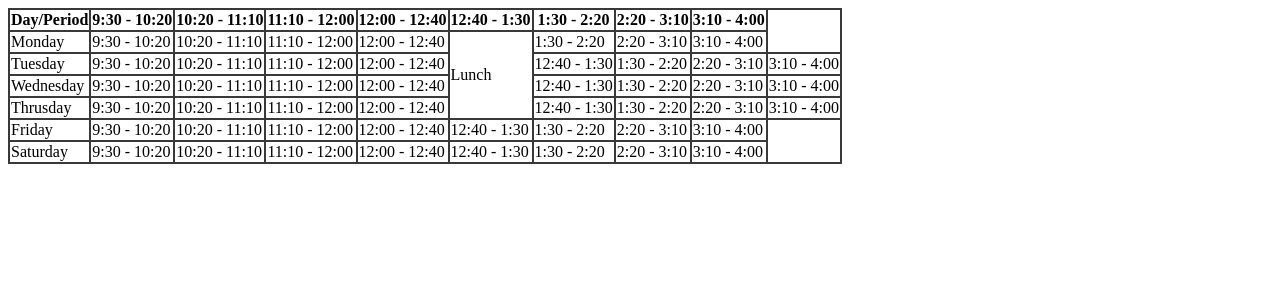
Repository: nir-github01/Html
Page: assign1-table.html
These files come from the project's save history. The page is drawn as it stood at one moment and after the next save; the edit follows.
The browser window is 1280 px wide. The pictures show the whole page.

Above is the page before, as saved 2022-09-24 18:02:07.

### assign1-table.html
<!DOCTYPE html>
<html lang="en">
<head>
    <meta charset="UTF-8">
    <meta http-equiv="X-UA-Compatible" content="IE=edge">
    <meta name="viewport" content="width=device-width, initial-scale=1.0">
    <title>Time-table</title>
    <style>
        table, th, td{
            border: 2px solid rgb(58, 57, 57);
            border-collapse: collapse;
        }
    </style>
</head>
<body>
    <table>
        <thead>
            <tr>
        <th>Day/Period</th>
        <th>9:30 - 10:20</th>
        <th>10:20 - 11:10</th>
        <th>11:10 - 12:00</th>
        <th>12:00 - 12:40</th>
        <th>12:40 - 1:30</th>
        <th>1:30 - 2:20</th>
        <th>2:20 - 3:10</th>
        <th>3:10 - 4:00</th>
    </tr>
        </thead>
        <tbody>

            <tr>
                <td>Monday</td>
                <td>9:30 - 10:20</td>
                <td>10:20 - 11:10</td>
                <td>11:10 - 12:00</td>
                <td>12:00 - 12:40</td>
                <td rowspan="4">Lunch</td>
                <td>1:30 - 2:20</td>
                <td>2:20 - 3:10</td>
                <td>3:10 - 4:00</td>
            </tr>
            <tr>
                <td>Tuesday</td>
                <td>9:30 - 10:20</td>
                <td>10:20 - 11:10</td>
                <td>11:10 - 12:00</td>
                <td>12:00 - 12:40</td>
                <td>12:40 - 1:30</td>
                <td>1:30 - 2:20</td>
                <td>2:20 - 3:10</td>
                <td>3:10 - 4:00</td>
            </tr>
            <tr>
                <td>Wednesday</td>
                <td>9:30 - 10:20</td>
                <td>10:20 - 11:10</td>
                <td>11:10 - 12:00</td>
                <td>12:00 - 12:40</td>
                <td>12:40 - 1:30</td>
                <td>1:30 - 2:20</td>
                <td>2:20 - 3:10</td>
                <td>3:10 - 4:00</td>
            </tr>
            <tr>
                <td>Thrusday</td>
                <td>9:30 - 10:20</td>
                <td>10:20 - 11:10</td>
                <td>11:10 - 12:00</td>
                <td>12:00 - 12:40</td>
                <td>12:40 - 1:30</td>
                <td>1:30 - 2:20</td>
                <td>2:20 - 3:10</td>
                <td>3:10 - 4:00</td>
            </tr>
            <tr>
                <td>Friday</td>
                <td>9:30 - 10:20</td>
                <td>10:20 - 11:10</td>
                <td>11:10 - 12:00</td>
                <td>12:00 - 12:40</td>
                <td>12:40 - 1:30</td>
                <td>1:30 - 2:20</td>
                <td>2:20 - 3:10</td>
                <td>3:10 - 4:00</td>
            </tr>
            <tr>
                <td>Saturday</td>
                <td>9:30 - 10:20</td>
                <td>10:20 - 11:10</td>
                <td>11:10 - 12:00</td>
                <td>12:00 - 12:40</td>
                <td>12:40 - 1:30</td>
                <td>1:30 - 2:20</td>
                <td>2:20 - 3:10</td>
                <td>3:10 - 4:00</td>
            </tr>

        </tbody>

    </table>
</body>
</html>

After the next save:
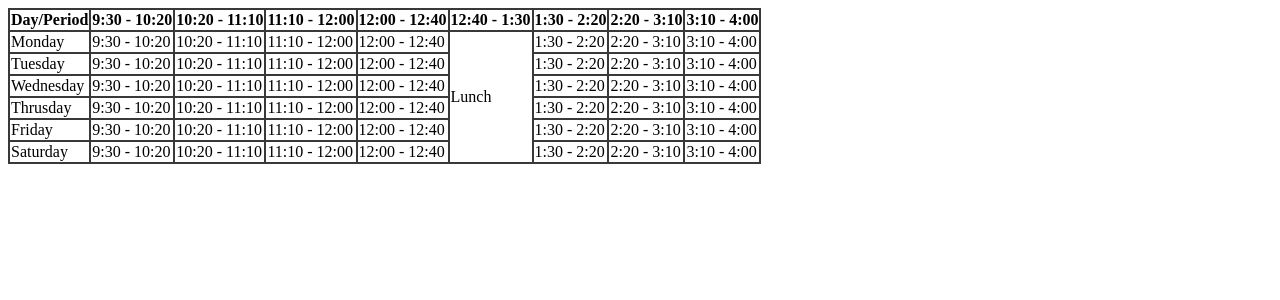
Saved 73 s later.
--- a/assign1-table.html
+++ b/assign1-table.html
@@ -35,7 +35,7 @@
                 <td>10:20 - 11:10</td>
                 <td>11:10 - 12:00</td>
                 <td>12:00 - 12:40</td>
-                <td rowspan="4">Lunch</td>
+                <td rowspan="6">Lunch</td>
                 <td>1:30 - 2:20</td>
                 <td>2:20 - 3:10</td>
                 <td>3:10 - 4:00</td>
@@ -46,7 +46,7 @@
                 <td>10:20 - 11:10</td>
                 <td>11:10 - 12:00</td>
                 <td>12:00 - 12:40</td>
-                <td>12:40 - 1:30</td>
+
                 <td>1:30 - 2:20</td>
                 <td>2:20 - 3:10</td>
                 <td>3:10 - 4:00</td>
@@ -57,7 +57,7 @@
                 <td>10:20 - 11:10</td>
                 <td>11:10 - 12:00</td>
                 <td>12:00 - 12:40</td>
-                <td>12:40 - 1:30</td>
+
                 <td>1:30 - 2:20</td>
                 <td>2:20 - 3:10</td>
                 <td>3:10 - 4:00</td>
@@ -68,7 +68,7 @@
                 <td>10:20 - 11:10</td>
                 <td>11:10 - 12:00</td>
                 <td>12:00 - 12:40</td>
-                <td>12:40 - 1:30</td>
+
                 <td>1:30 - 2:20</td>
                 <td>2:20 - 3:10</td>
                 <td>3:10 - 4:00</td>
@@ -79,7 +79,7 @@
                 <td>10:20 - 11:10</td>
                 <td>11:10 - 12:00</td>
                 <td>12:00 - 12:40</td>
-                <td>12:40 - 1:30</td>
+
                 <td>1:30 - 2:20</td>
                 <td>2:20 - 3:10</td>
                 <td>3:10 - 4:00</td>
@@ -90,7 +90,7 @@
                 <td>10:20 - 11:10</td>
                 <td>11:10 - 12:00</td>
                 <td>12:00 - 12:40</td>
-                <td>12:40 - 1:30</td>
+
                 <td>1:30 - 2:20</td>
                 <td>2:20 - 3:10</td>
                 <td>3:10 - 4:00</td>
